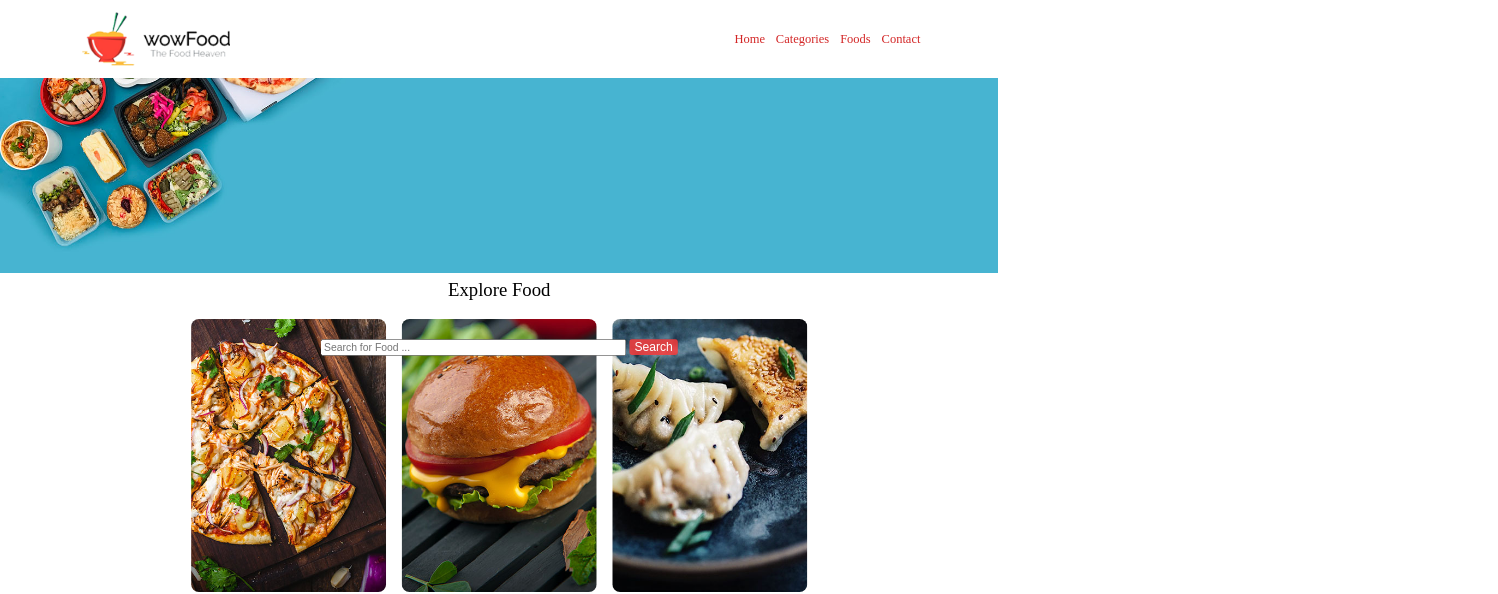
Repository: ruaruababa/WowFood
Page: index.html
These files come from the project's save history. The page is drawn as it stood at one moment and after the next save; the edit follows.
The browser window is 1280 px wide. The page is 1280 px wide, then 1920 px, then 1280 px, so the pictures cover 1920 px, including what lies to the right of the window. The pictures show the whole page, at 78% of full size.

Above is the page before, as saved 2021-09-17 23:09:13.

After the next save:
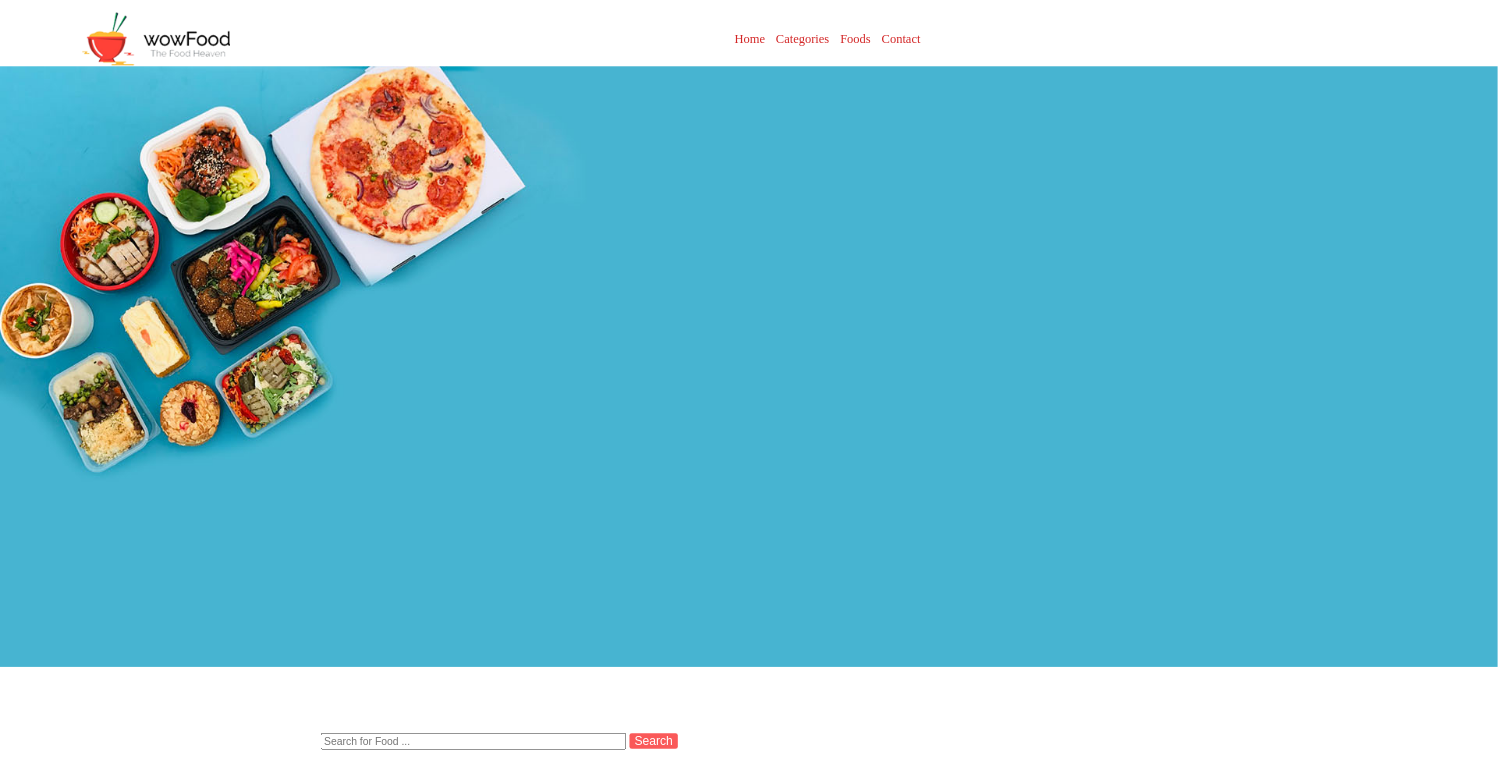
Saved 35 s later.
--- a/style.css
+++ b/style.css
@@ -38,6 +38,7 @@
     text-align: center;
     line-height: 100px;
 }
+back
 .background-search img{
     margin-top: 15px;
     height: 250px;

After the save that followed:
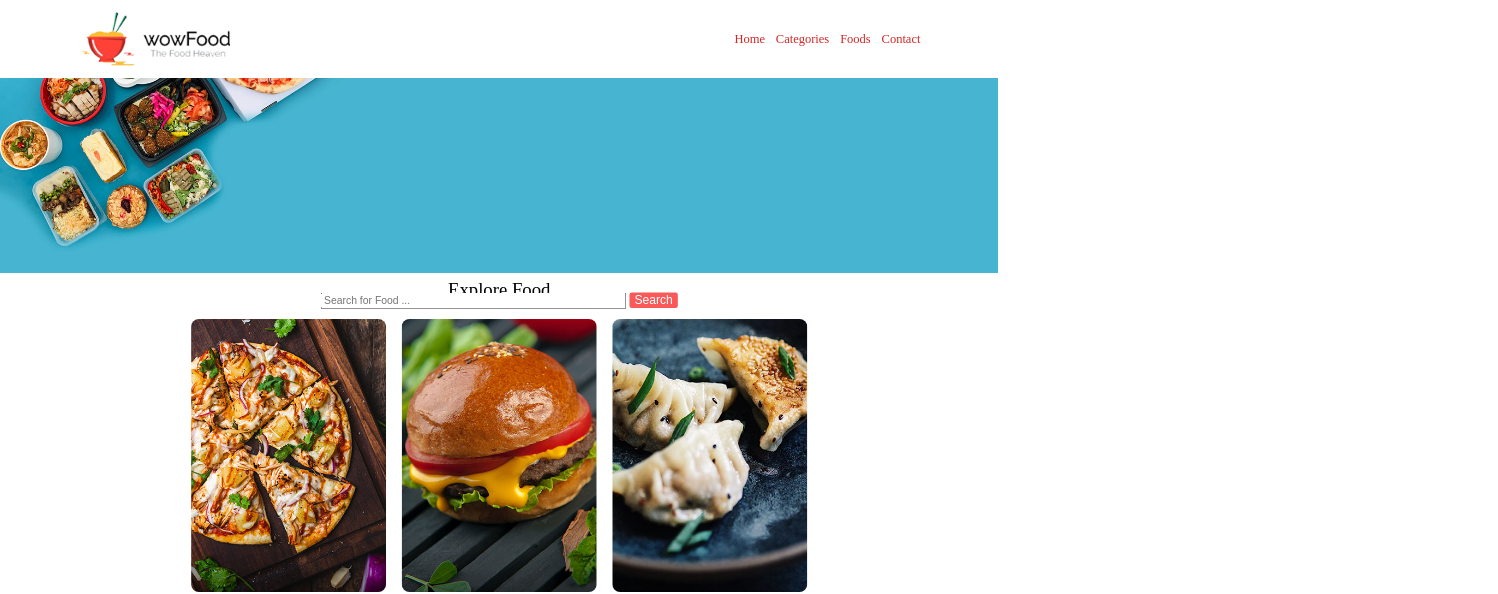
Saved 6 s later.
--- a/style.css
+++ b/style.css
@@ -38,7 +38,9 @@
     text-align: center;
     line-height: 100px;
 }
-back
+.background-search {
+    height: 250px;
+}
 .background-search img{
     margin-top: 15px;
     height: 250px;
